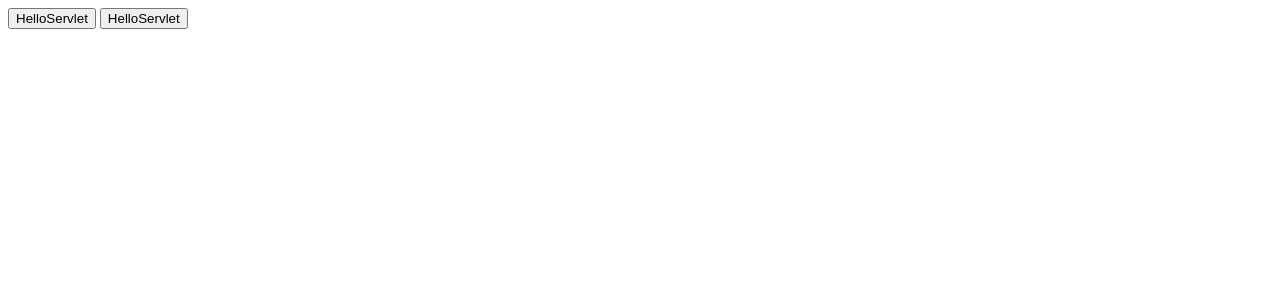
Repository: 0606kuramotomiho/test
Page: http://localhost/HelloServlet/
These files come from the project's save history. The page is drawn as it stood at one moment and after the next save; the edit follows.
The browser window is 1280 px wide. The pictures show the whole page.
The page is served by Tomcat 9.

Above is the page before, as saved 2018-07-03 04:10:25.

After the next save:
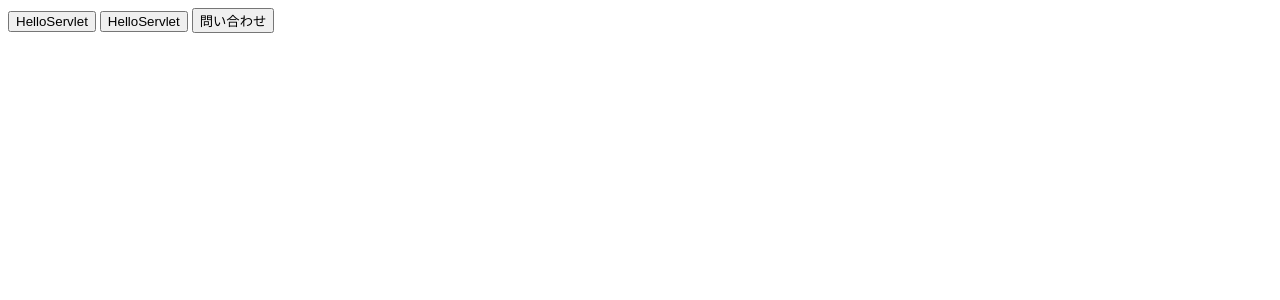
Saved 5 min 13 s later.
--- a/HelloServlet/WebContent/index.jsp
+++ b/HelloServlet/WebContent/index.jsp
@@ -9,5 +9,6 @@
 <body>
 <input type="button" value="HelloServlet" onClick="lacation.href='HelloServlet'">
 <input type="button" value="HelloServlet" onClick="location.href='HelloServlet'">
+<input type="button" value="問い合わせ" onClick="location.href='inquiry.jsp'">
 </body>
 </html>
